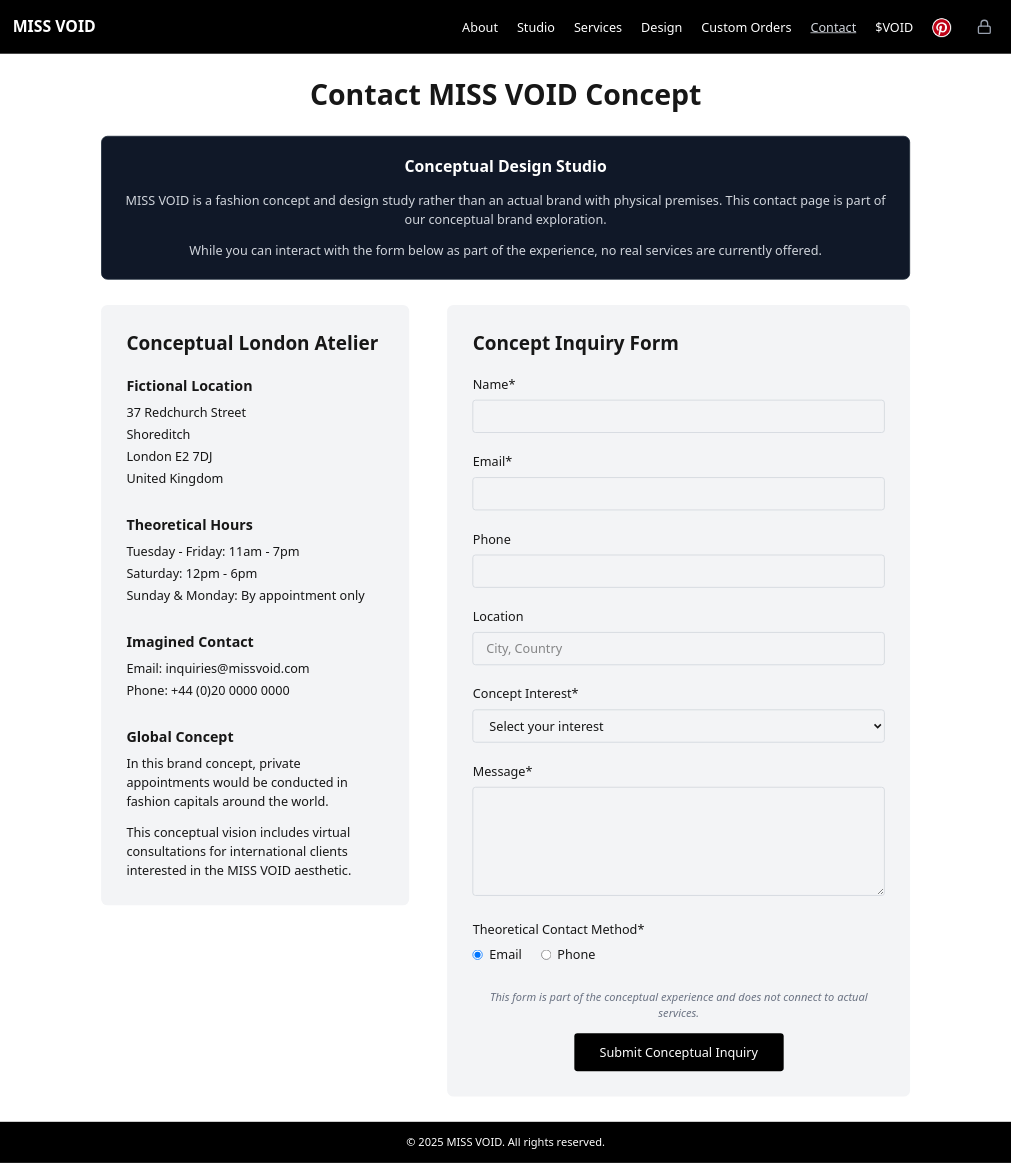
Repository: b0ase/missvoid2
Page: /contact
These files come from the project's save history. The page is drawn as it stood at one moment and after the next save; the edit follows.
The browser window is 1280 px wide. The pictures show the whole page, at 79% of full size.
The project was rebuilt for these pictures with package versions that can differ from the ones it lists, and the page was loaded fresh each time. The framework's server and built-in components were replaced by stand-ins that run in the browser. Also part of the build but not shown: next.config.js.

Above is the page before, as saved 2025-05-08 19:19:02.

### src/app/layout.tsx
import "./globals.css";
import type { Metadata } from "next";
import { Inter } from "next/font/google";
import Script from "next/script";
import Navigation from "./components/Navigation";
import { DevModeProvider } from "./context/DevModeContext";

const inter = Inter({
  subsets: ["latin"],
  variable: "--font-inter",
});

export const metadata: Metadata = {
  title: "MISS VOID Gallery",
  description: "Gallery of MISS VOID images and collections",
  other: {
    "content-security-policy": "default-src 'self'; img-src 'self' data: blob: https:; script-src 'self' 'unsafe-eval' 'unsafe-inline' blob: https://vercel.live https://*.vercel.app; style-src 'self' 'unsafe-inline'; font-src 'self'; connect-src 'self' ws: wss: https://api.stability.ai https://*.vercel.app; worker-src 'self' blob:;"
  }
};

export default function RootLayout({
  children,
}: {
  children: React.ReactNode;
}) {
  return (
    <html lang="en">
      <body className={`${inter.variable} antialiased min-h-screen flex flex-col`}>
        <DevModeProvider>
          <Navigation />
          <main className="flex-grow">
            {children}
          </main>
          <footer className="bg-black text-white py-4 text-center text-sm">
            <div className="container mx-auto px-4">
              <p>© {new Date().getFullYear()} MISS VOID. All rights reserved.</p>
            </div>
          </footer>
        </DevModeProvider>
        <Script src="/csp-bypass.js" strategy="beforeInteractive" />
      </body>
    </html>
  );
}

### src/app/globals.css
@import "tailwindcss";

:root {
  --background: #ffffff;
  --foreground: #171717;
}

@theme inline {
  --color-background: var(--background);
  --color-foreground: var(--foreground);
  --font-sans: var(--font-inter);
}

@media (prefers-color-scheme: dark) {
  :root {
    --background: #0a0a0a;
    --foreground: #ededed;
  }
}

body {
  background: var(--background);
  color: var(--foreground);
  font-family: var(--font-sans), Arial, Helvetica, sans-serif;
}

/* Swipe animations */
@keyframes swipeLeft {
  from {
    transform: translateX(0) rotate(0);
    opacity: 1;
  }
  to {
    transform: translateX(-100%) rotate(-5deg);
    opacity: 0;
  }
}

@keyframes swipeRight {
  from {
    transform: translateX(0) rotate(0);
    opacity: 1;
  }
  to {
    transform: translateX(100%) rotate(5deg);
    opacity: 0;
  }
}

@keyframes fadeIn {
  from {
    opacity: 0;
    transform: scale(0.9);
  }
  to {
    opacity: 1;
    transform: scale(1);
  }
}

.swipe-left {
  animation: swipeLeft 0.3s ease-out forwards;
}

.swipe-right {
  animation: swipeRight 0.3s ease-out forwards;
}

.fade-in {
  animation: fadeIn 0.3s ease-out forwards;
}

/* Animation for mobile menu */
.animate-fadeIn {
  animation: fadeIn 0.2s ease-out forwards;
}

/* Removing swipe indicator styles since they're no longer used */

/* Scrollable descriptions on mobile */
.scrollable-description {
  max-height: 50vh; /* Limit height to half the viewport height */
  overflow-y: auto; /* Enable vertical scrolling */
  padding: 1rem; /* Add some padding for better readability */
}

### src/app/components/Navigation.tsx
"use client";

import Link from 'next/link';
import { usePathname } from 'next/navigation';
import { useState } from 'react';
import Image from 'next/image';
import DevModeToggle from './DevModeToggle';

export default function Navigation() {
  const pathname = usePathname();
  const [mobileMenuOpen, setMobileMenuOpen] = useState(false);

  const toggleMobileMenu = () => {
    setMobileMenuOpen(!mobileMenuOpen);
  };

  return (
    <nav className="bg-black text-white py-4">
      <div className="container mx-auto px-4 flex items-center justify-between">
        <Link href="/" className="text-xl font-bold">MISS VOID</Link>

        {/* Desktop Navigation */}
        <div className="hidden md:flex items-center space-x-6">
          <Link
            href="/about"
            className={`hover:text-gray-300 transition ${pathname === '/about' ? 'text-gray-300 underline' : ''}`}
          >
            About
          </Link>
          <Link
            href="/studio"
            className={`hover:text-gray-300 transition ${pathname === '/studio' ? 'text-gray-300 underline' : ''}`}
          >
            Studio
          </Link>
          <Link
            href="/services"
            className={`hover:text-gray-300 transition ${pathname === '/services' ? 'text-gray-300 underline' : ''}`}
          >
            Services
          </Link>
          <Link
            href="/design"
            className={`hover:text-gray-300 transition ${pathname === '/design' ? 'text-gray-300 underline' : ''}`}
          >
            Design
          </Link>
          <Link
            href="/custom"
            className={`hover:text-gray-300 transition ${pathname === '/custom' ? 'text-gray-300 underline' : ''}`}
          >
            Custom Orders
          </Link>
          <Link
            href="/contact"
            className={`hover:text-gray-300 transition ${pathname === '/contact' ? 'text-gray-300 underline' : ''}`}
          >
            Contact
          </Link>
          <Link
            href="/void"
            className={`hover:text-gray-300 transition font-medium ${pathname === '/void' ? 'text-gray-300 underline' : ''}`}
          >
            $VOID
          </Link>
          <Link
            href="https://uk.pinterest.com/MissVoid_Couture/"
            className="hover:text-gray-300 transition"
            target="_blank"
            rel="noopener noreferrer"
          >
            <Image
              src="/images/Pinterest-logo.png"
              alt="Pinterest"
              width={24}
              height={24}
              className="inline-block"
            />
          </Link>
          <DevModeToggle />
        </div>

        {/* Mobile Menu Button and Dev Mode Toggle */}
        <div className="md:hidden flex items-center space-x-4">
          <DevModeToggle />
          <button onClick={toggleMobileMenu}>
            {mobileMenuOpen ? (
              <svg xmlns="http://www.w3.org/2000/svg" fill="none" viewBox="0 0 24 24" stroke="currentColor" className="w-6 h-6">
                <path strokeLinecap="round" strokeLinejoin="round" strokeWidth={2} d="M6 18L18 6M6 6l12 12" />
              </svg>
            ) : (
              <svg xmlns="http://www.w3.org/2000/svg" fill="none" viewBox="0 0 24 24" stroke="currentColor" className="w-6 h-6">
                <path strokeLinecap="round" strokeLinejoin="round" strokeWidth={2} d="M4 6h16M4 12h16M4 18h16" />
              </svg>
            )}
          </button>
        </div>
      </div>

      {/* Mobile Navigation */}
      {mobileMenuOpen && (
        <div className="md:hidden px-4 py-2 flex flex-col space-y-2 animate-fadeIn">
          <Link
            href="/about"
            className={`py-2 hover:text-gray-300 transition ${pathname === '/about' ? 'text-gray-300 underline' : ''}`}
            onClick={() => setMobileMenuOpen(false)}
          >
            About
          </Link>
          <Link
            href="/studio"
            className={`py-2 hover:text-gray-300 transition ${pathname === '/studio' ? 'text-gray-300 underline' : ''}`}
            onClick={() => setMobileMenuOpen(false)}
          >
            Studio
          </Link>
          <Link
            href="/services"
            className={`py-2 hover:text-gray-300 transition ${pathname === '/services' ? 'text-gray-300 underline' : ''}`}
            onClick={() => setMobileMenuOpen(false)}
          >
            Services
          </Link>
          <Link
            href="/design"
            className={`py-2 hover:text-gray-300 transition ${pathname === '/design' ? 'text-gray-300 underline' : ''}`}
            onClick={() => setMobileMenuOpen(false)}
          >
            Design
          </Link>
          <Link
            href="/custom"
            className={`py-2 hover:text-gray-300 transition ${pathname === '/custom' ? 'text-gray-300 underline' : ''}`}
            onClick={() => setMobileMenuOpen(false)}
          >
            Custom Orders
          </Link>
          <Link
            href="/contact"
            className={`py-2 hover:text-gray-300 transition ${pathname === '/contact' ? 'text-gray-300 underline' : ''}`}
            onClick={() => setMobileMenuOpen(false)}
          >
            Contact
          </Link>
          <Link
            href="/void"
            className={`py-2 hover:text-gray-300 transition font-medium ${pathname === '/void' ? 'text-gray-300 underline' : ''}`}
            onClick={() => setMobileMenuOpen(false)}
          >
            $VOID
          </Link>
          <Link
            href="https://uk.pinterest.com/MissVoid_Couture/"
            className="py-2 hover:text-gray-300 transition"
            target="_blank"
            rel="noopener noreferrer"
            onClick={() => setMobileMenuOpen(false)}
          >
            <Image
              src="/images/Pinterest-logo.png"
              alt="Pinterest"
              width={24}
              height={24}
              className="inline-block"
            />
          </Link>
        </div>
      )}
    </nav>
  );
}

### src/app/context/DevModeContext.tsx
"use client";

import React, { createContext, useContext, useState, ReactNode } from 'react';

interface DevModeContextType {
  isDevMode: boolean;
  toggleDevMode: (password: string) => boolean;
  exitDevMode: () => void;
}

const DevModeContext = createContext<DevModeContextType | undefined>(undefined);

export function DevModeProvider({ children }: { children: ReactNode }) {
  const [isDevMode, setIsDevMode] = useState(false);
  const DEV_PASSWORD = 'MissVoid123';

  const toggleDevMode = (password: string): boolean => {
    if (password === DEV_PASSWORD) {
      setIsDevMode(true);
      return true;
    }
    return false;
  };

  const exitDevMode = () => {
    setIsDevMode(false);
  };

  return (
    <DevModeContext.Provider value={{ isDevMode, toggleDevMode, exitDevMode }}>
      {children}
    </DevModeContext.Provider>
  );
}

export function useDevMode() {
  const context = useContext(DevModeContext);
  if (context === undefined) {
    throw new Error('useDevMode must be used within a DevModeProvider');
  }
  return context;
}

### src/app/components/DevModeToggle.tsx
"use client";

import { useState } from 'react';
import { useDevMode } from '../context/DevModeContext';

export default function DevModeToggle() {
  const { isDevMode, toggleDevMode, exitDevMode } = useDevMode();
  const [isModalOpen, setIsModalOpen] = useState(false);
  const [password, setPassword] = useState('');
  const [error, setError] = useState('');

  const handleToggleModal = () => {
    setIsModalOpen(!isModalOpen);
    setPassword('');
    setError('');
  };

  const handleSubmit = (e: React.FormEvent) => {
    e.preventDefault();
    const success = toggleDevMode(password);
    if (success) {
      setIsModalOpen(false);
      setPassword('');
      setError('');
    } else {
      setError('Incorrect password');
    }
  };

  return (
    <div className="relative">
      <button
        onClick={isDevMode ? exitDevMode : handleToggleModal}
        className="flex items-center justify-center p-2 rounded-full"
        aria-label={isDevMode ? "Exit Dev Mode" : "Enter Dev Mode"}
        title={isDevMode ? "Exit Dev Mode" : "Dev Mode"}
      >
        {/* Padlock Icon */}
        <svg
          xmlns="http://www.w3.org/2000/svg"
          viewBox="0 0 24 24"
          fill="none"
          stroke="currentColor"
          strokeWidth="2"
          strokeLinecap="round"
          strokeLinejoin="round"
          className={`w-5 h-5 ${isDevMode ? "text-red-500" : "text-gray-400"}`}
        >
          {isDevMode ? (
            <>
              <rect x="3" y="11" width="18" height="11" rx="2" ry="2"></rect>
              <path d="M7 11V7a5 5 0 0 1 10 0v4"></path>
              <line x1="12" y1="16" x2="12" y2="16.01"></line>
            </>
          ) : (
            <>
              <rect x="3" y="11" width="18" height="11" rx="2" ry="2"></rect>
              <path d="M7 11V7a5 5 0 0 1 10 0v4"></path>
            </>
          )}
        </svg>

        {isDevMode && (
          <span className="absolute -top-1 -right-1 w-3 h-3 bg-red-500 rounded-full"></span>
        )}
      </button>

      {/* Password Modal */}
      {isModalOpen && !isDevMode && (
        <div className="fixed inset-0 flex items-center justify-center z-50">
          <div className="absolute inset-0 bg-black opacity-50" onClick={handleToggleModal}></div>
          <div className="bg-white p-6 rounded-lg shadow-xl z-10 w-full max-w-sm">
            <h3 className="text-xl font-bold mb-4">Enter Dev Mode</h3>
            <form onSubmit={handleSubmit}>
              <div className="mb-4">
                <label htmlFor="password" className="block text-sm font-medium text-gray-700 mb-1">
                  Password
                </label>
                <input
                  type="password"
                  id="password"
                  value={password}
                  onChange={(e) => setPassword(e.target.value)}
                  className="w-full px-3 py-2 border border-gray-300 rounded-md shadow-sm focus:outline-none focus:ring-2 focus:ring-black"
                  placeholder="Enter password"
                />
                {error && <p className="text-red-500 text-sm mt-1">{error}</p>}
              </div>
              <div className="flex justify-end space-x-3">
                <button
                  type="button"
                  onClick={handleToggleModal}
                  className="px-4 py-2 text-sm font-medium text-gray-700 bg-gray-100 rounded-md hover:bg-gray-200 focus:outline-none focus:ring-2 focus:ring-offset-2 focus:ring-gray-500"
                >
                  Cancel
                </button>
                <button
                  type="submit"
                  className="px-4 py-2 text-sm font-medium text-white bg-black rounded-md hover:bg-gray-800 focus:outline-none focus:ring-2 focus:ring-offset-2 focus:ring-black"
                >
                  Enter
                </button>
              </div>
            </form>
          </div>
        </div>
      )}
    </div>
  );
}

Loaded but not shown: public/csp-bypass.js (17 lines, source omitted); src/app/contact/page.tsx (239 lines, source omitted)

After the next save:
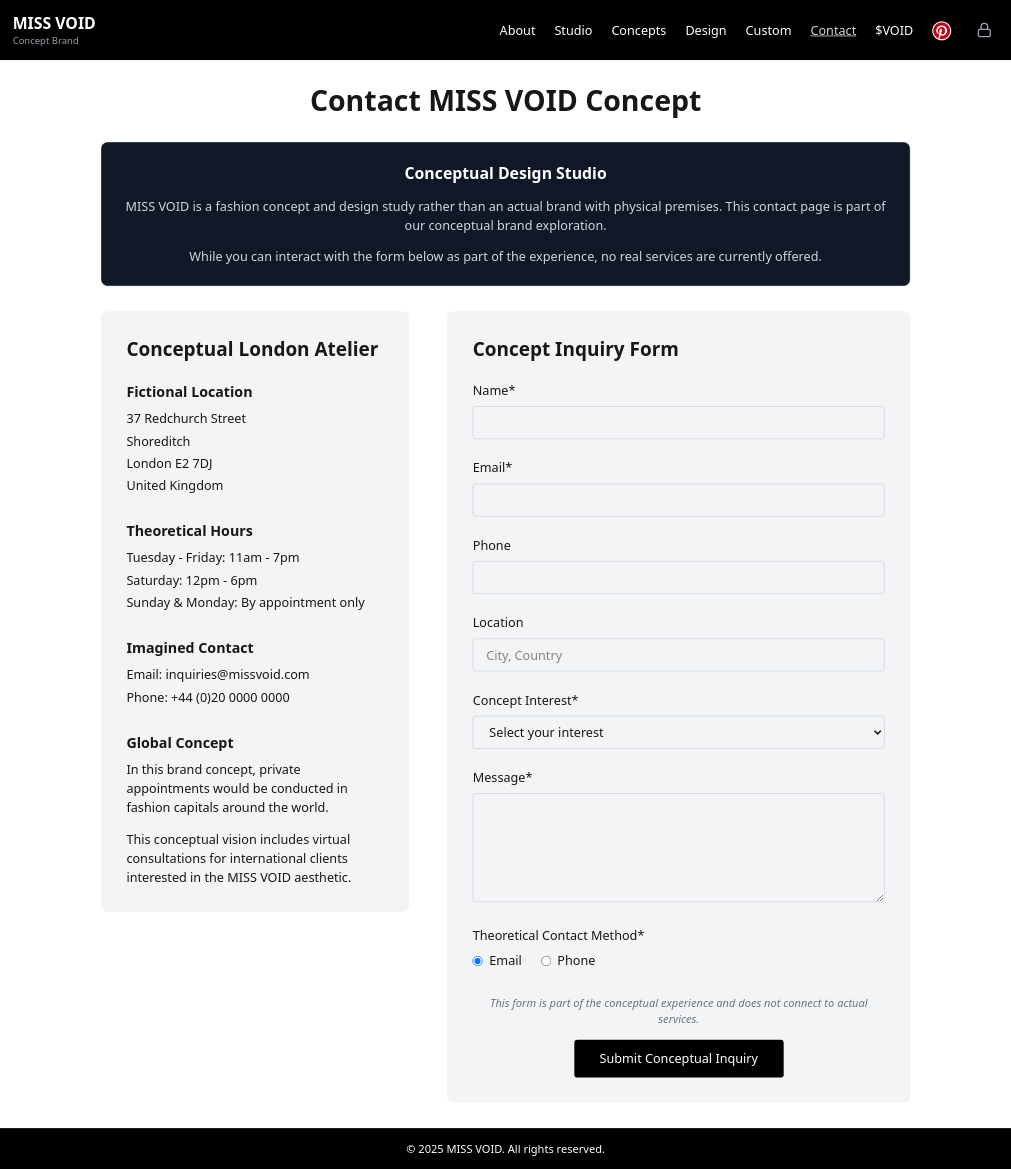
Saved 45 s later.
--- a/src/app/components/Navigation.tsx
+++ b/src/app/components/Navigation.tsx
@@ -17,7 +17,10 @@
   return (
     <nav className="bg-black text-white py-4">
       <div className="container mx-auto px-4 flex items-center justify-between">
-        <Link href="/" className="text-xl font-bold">MISS VOID</Link>
+        <div className="flex flex-col items-start">
+          <Link href="/" className="text-xl font-bold">MISS VOID</Link>
+          <span className="text-xs text-gray-400">Concept Brand</span>
+        </div>
 
         {/* Desktop Navigation */}
         <div className="hidden md:flex items-center space-x-6">
@@ -37,7 +40,7 @@
             href="/services"
             className={`hover:text-gray-300 transition ${pathname === '/services' ? 'text-gray-300 underline' : ''}`}
           >
-            Services
+            Concepts
           </Link>
           <Link
             href="/design"
@@ -49,7 +52,7 @@
             href="/custom"
             className={`hover:text-gray-300 transition ${pathname === '/custom' ? 'text-gray-300 underline' : ''}`}
           >
-            Custom Orders
+            Custom
           </Link>
           <Link
             href="/contact"
@@ -119,7 +122,7 @@
             className={`py-2 hover:text-gray-300 transition ${pathname === '/services' ? 'text-gray-300 underline' : ''}`}
             onClick={() => setMobileMenuOpen(false)}
           >
-            Services
+            Concepts
           </Link>
           <Link
             href="/design"
@@ -133,7 +136,7 @@
             className={`py-2 hover:text-gray-300 transition ${pathname === '/custom' ? 'text-gray-300 underline' : ''}`}
             onClick={() => setMobileMenuOpen(false)}
           >
-            Custom Orders
+            Custom
           </Link>
           <Link
             href="/contact"
